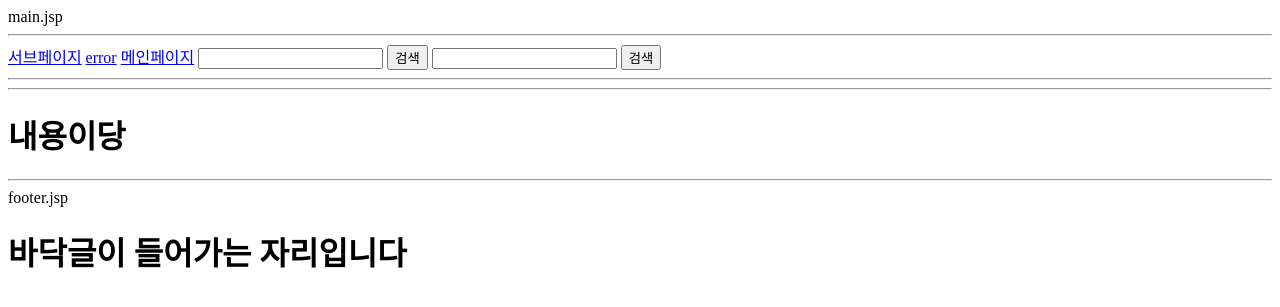
Repository: ryu1917/jsp
Page: http://localhost/jsp02/main.jsp
An editor plug-in stored every save of this project. The page is shown before and after the next save, followed by the edit.
The browser window is 1280 px wide. The pictures show the whole page.
The page is served by Tomcat 9.

Above is the page before, as saved 2021-04-21 08:22:55.

After the next save:
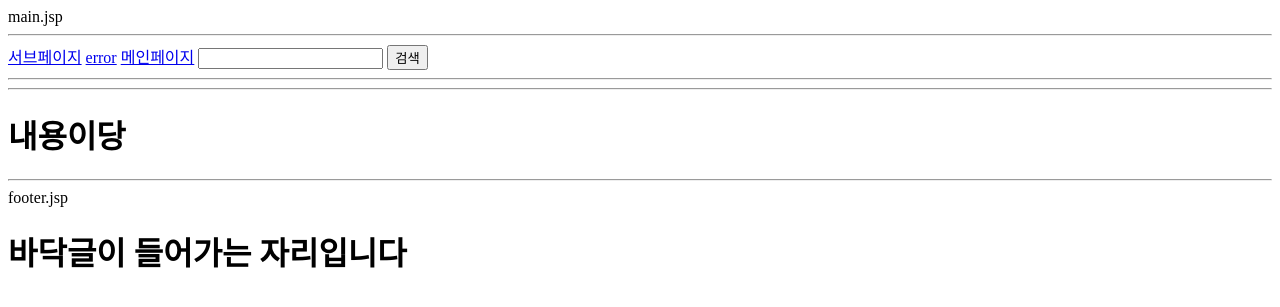
Saved 1 s later.
--- a/workspace/jsp02/src/main/webapp/main.jsp
+++ b/workspace/jsp02/src/main/webapp/main.jsp
@@ -9,8 +9,7 @@
 </head>
 <body>main.jsp<br><hr>
 <%@ include file="link.jsp" %>
-<input type="text">
-<button>검색</button>
+
 <hr>
 <hr><h1>내용이당</h1><hr>
 <%@ include file="footer.jsp" %>
